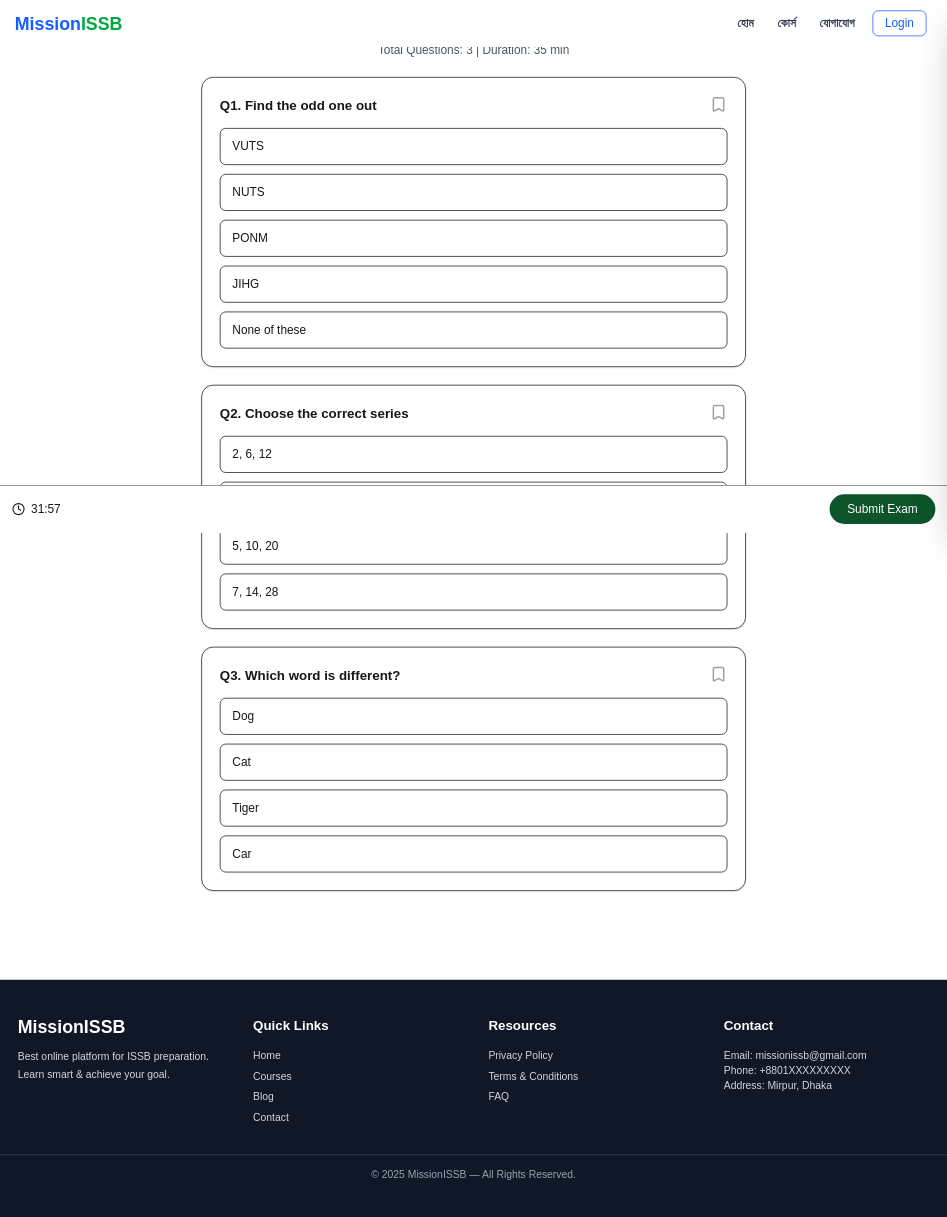
Repository: mdmuhibullahhabib/missionissb
Page: /exam/verbal-model-test-01
The author's editor kept a copy of each file at every save. The page is drawn from the files as they stood at one save, then again after the next save.
The browser window is 1280 px wide. The pictures show the whole page, at 74% of full size.
The page's requests for data from a server got no answer. The project was rebuilt for these pictures with package versions that can differ from the ones it lists, and the page was loaded fresh each time. The framework's server and built-in components were replaced by stand-ins that run in the browser. No one was signed in, and anything a server would have sent is missing. Also part of the build but not shown: next.config.mjs, app/exam/[id]/components/SubmitModal.jsx.

Above is the page before, as saved 2025-12-15 16:52:55.

After the next save:
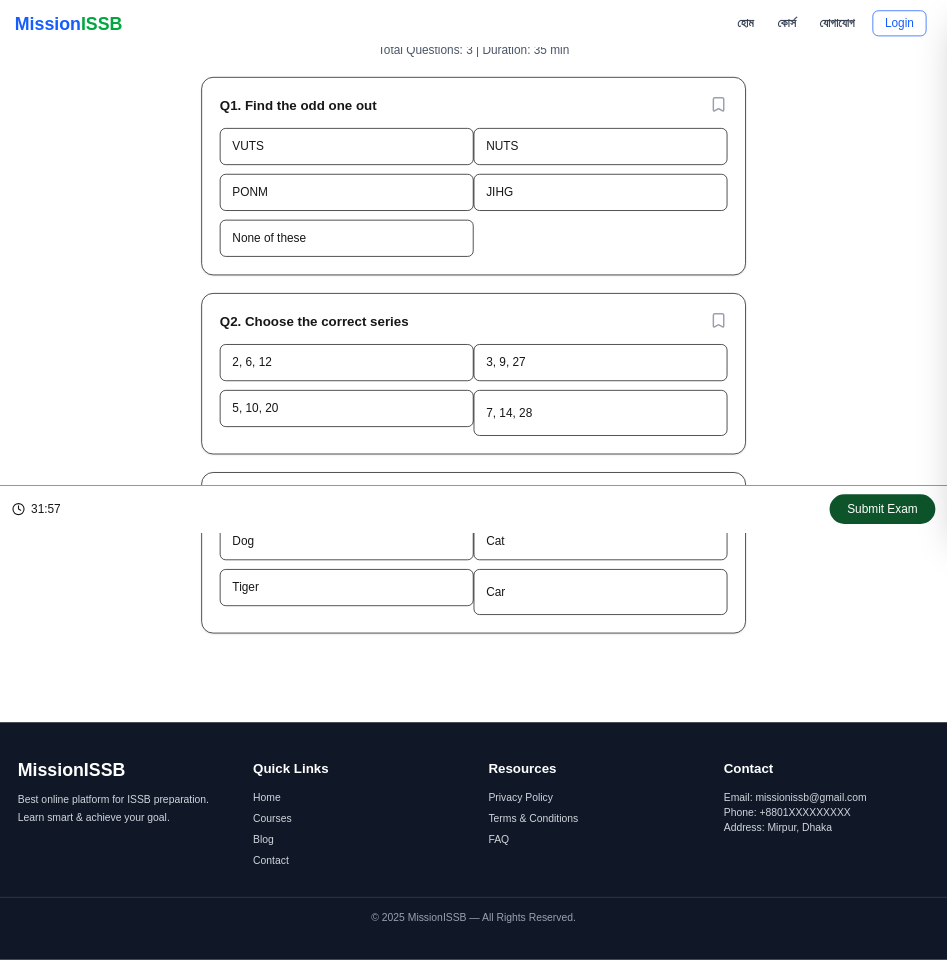
Saved 5 s later.
--- a/app/exam/[id]/components/McqCard.jsx
+++ b/app/exam/[id]/components/McqCard.jsx
@@ -21,7 +21,7 @@ const McqCard = ({
       </div>
 
       {/* Options */}
-      <div className="space-y-3 grid md:g">
+      <div className="space-y-3 grid md:grid-cols-2">
         {options.map((opt, idx) => (
           <button
             key={idx}
